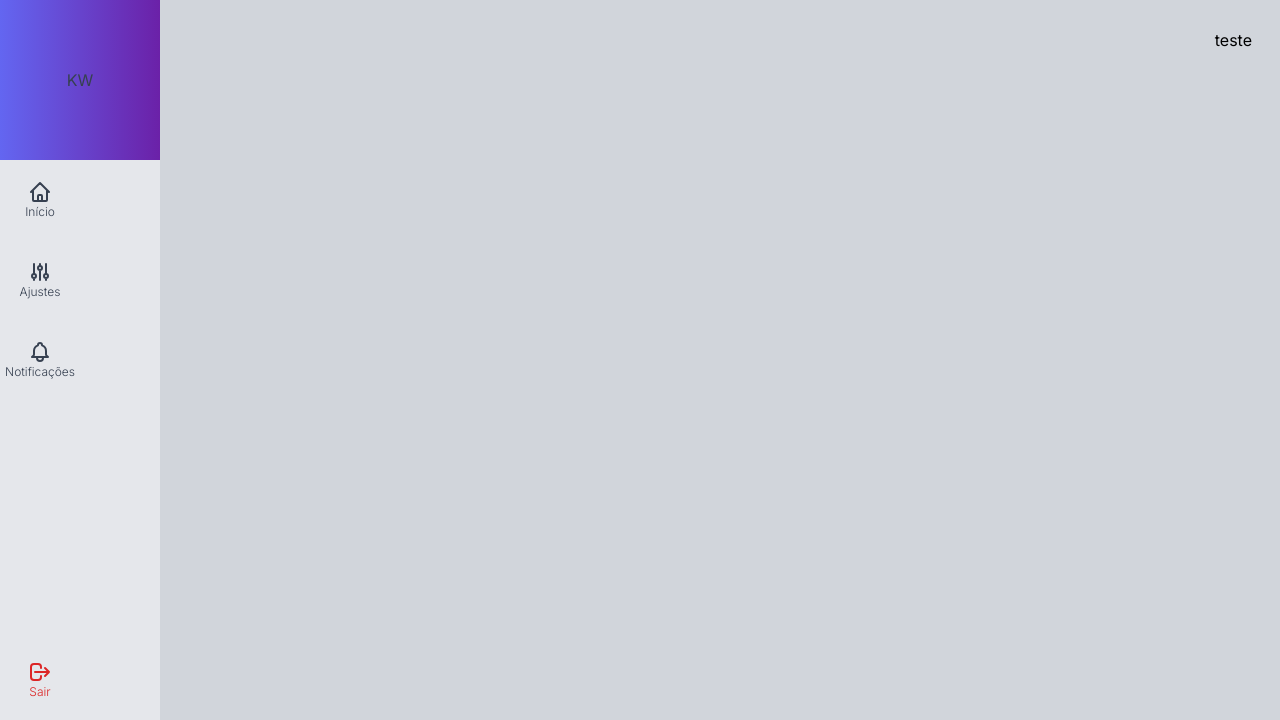
Repository: KennedyWanderson/AdminDashboard
Page: / (app in Code/admindashboard/)
An editor plug-in stored every save of this project. The page is shown before and after a run of saves, followed by the edit.
The browser window is 1280 px wide. The pictures show the whole page.
The project was rebuilt for these pictures with package versions that can differ from the ones it lists, and the page was loaded fresh each time. The framework's server and built-in components were replaced by stand-ins that run in the browser. Also part of the build but not shown: Code/admindashboard/next.config.mjs.

Above is the page before, as saved 2024-06-16 16:08:54.

### Code/admindashboard/src/app/layout.js
import { Inter } from "next/font/google";
import "./globals.css";

const inter = Inter({ subsets: ["latin"] });

export const metadata = {
  title: "Admin Dashboard",
  description: "Generated by Kennedy Wanderson",
};

export default function RootLayout({ children }) {
  return (
    <html lang="en">
      <body className={inter.className}>{children}</body>
    </html>
  );
}

### Code/admindashboard/src/app/page.js
import Layout from "@/components/Layout";

export default function Home() {
  return (
    <Layout>
      Content
    </Layout>
  )
}

### Code/admindashboard/src/components/Layout.jsx
import Header from "./Header";
import LateralMenu from "./LateralMenu";


export default function Layout() {

    return (

            <div className={` flex h-screen w-screen`}>
                <LateralMenu />
                <div className={`
                flex flex-col w-full p-7
                bg-gray-300 dark:bg-gray-800
            `}>
                <Header />

                </div>
            </div>
    )
}

### Code/admindashboard/src/components/Header.jsx

import { IconeAtencao } from './icons'



export default function Header({ titulo, subtitulo }) {


    return (
        <div className={`flex`}>
            <div>
                <h1 className={`
                font-black text-3xl
                text-gray-900 dark:text-gray-100
            `}>
                    {titulo}
                </h1>
                <h2 className={`
                font-light text-sm
                dark:text-gray-300
            `}>
                    {subtitulo}
                </h2>
            </div>
            <div className={`flex flex-grow justify-end items-center`}>
                teste
            </div>
        </div>
    )
}

### Code/admindashboard/src/components/LateralMenu.jsx
import MenuItem from "./ItemMenu";
import { IconeAjustes, IconeCasa, IconeSair, IconeSino } from "./icons"




export default function LateralMenu() {


    return (
        <aside className={`
            flex flex-col
            bg-gray-200 text-gray-700
            dark:bg-gray-900
        `}>
            <div className={`
                flex flex-col items-center justify-center
                bg-gradient-to-r from-indigo-500 to-purple-800
                h-40 w-40
            `}>
                KW
            </div>
            <ul className="flex-grow">
                <MenuItem url="/" texto="Início" icone={IconeCasa} />
                <MenuItem url="/ajustes" texto="Ajustes" icone={IconeAjustes} />
                <MenuItem url="/notificacoes" texto="Notificações" icone={IconeSino} />
            </ul>
            <ul>
                <MenuItem
                    texto="Sair" icone={IconeSair}
                    className={`
                        text-red-600 dark:text-red-400
                        hover:bg-red-400 hover:text-white
                        dark:hover:text-white
                    `}
                />
            </ul>
        </aside>
    )
}

### Code/admindashboard/src/components/icons/index.jsx
// Pra mais icones acessar... https://heroicons.com/

export const IconeCasa = (
    <svg xmlns="http://www.w3.org/2000/svg" className="h-6 w-6" fill="none" viewBox="0 0 24 24" stroke="currentColor">
        <path strokeLinecap="round" strokeLinejoin="round" strokeWidth={2} d="M3 12l2-2m0 0l7-7 7 7M5 10v10a1 1 0 001 1h3m10-11l2 2m-2-2v10a1 1 0 01-1 1h-3m-6 0a1 1 0 001-1v-4a1 1 0 011-1h2a1 1 0 011 1v4a1 1 0 001 1m-6 0h6" />
    </svg>
)

export const IconeAjustes = (
    <svg xmlns="http://www.w3.org/2000/svg" className="h-6 w-6" fill="none" viewBox="0 0 24 24" stroke="currentColor">
        <path strokeLinecap="round" strokeLinejoin="round" strokeWidth={2} d="M12 6V4m0 2a2 2 0 100 4m0-4a2 2 0 110 4m-6 8a2 2 0 100-4m0 4a2 2 0 110-4m0 4v2m0-6V4m6 6v10m6-2a2 2 0 100-4m0 4a2 2 0 110-4m0 4v2m0-6V4" />
    </svg>
)

export const IconeSino = (
    <svg xmlns="http://www.w3.org/2000/svg" className="h-6 w-6" fill="none" viewBox="0 0 24 24" stroke="currentColor">
        <path strokeLinecap="round" strokeLinejoin="round" strokeWidth={2} d="M15 17h5l-1.405-1.405A2.032 2.032 0 0118 14.158V11a6.002 6.002 0 00-4-5.659V5a2 2 0 10-4 0v.341C7.67 6.165 6 8.388 6 11v3.159c0 .538-.214 1.055-.595 1.436L4 17h5m6 0v1a3 3 0 11-6 0v-1m6 0H9" />
    </svg>
)

export const IconeSair = (
    <svg xmlns="http://www.w3.org/2000/svg" className="h-6 w-6" fill="none" viewBox="0 0 24 24" stroke="currentColor">
        <path strokeLinecap="round" strokeLinejoin="round" strokeWidth={2} d="M17 16l4-4m0 0l-4-4m4 4H7m6 4v1a3 3 0 01-3 3H6a3 3 0 01-3-3V7a3 3 0 013-3h4a3 3 0 013 3v1" />
    </svg>
)

export const IconeSol = (tamanho = 6) => (
    <svg xmlns="http://www.w3.org/2000/svg" className={`h-${tamanho} w-${tamanho}`} fill="none" viewBox="0 0 24 24" stroke="currentColor">
        <path strokeLinecap="round" strokeLinejoin="round" strokeWidth={2} d="M12 3v1m0 16v1m9-9h-1M4 12H3m15.364 6.364l-.707-.707M6.343 6.343l-.707-.707m12.728 0l-.707.707M6.343 17.657l-.707.707M16 12a4 4 0 11-8 0 4 4 0 018 0z" />
    </svg>
)

export const IconeLua = (tamanho = 6) => (
    <svg xmlns="http://www.w3.org/2000/svg" className={`h-${tamanho} w-${tamanho}`} fill="none" viewBox="0 0 24 24" stroke="currentColor">
        <path strokeLinecap="round" strokeLinejoin="round" strokeWidth={2} d="M20.354 15.354A9 9 0 018.646 3.646 9.003 9.003 0 0012 21a9.003 9.003 0 008.354-5.646z" />
    </svg>
)

export const IconeAtencao = (tamanho = 1) => (
    <svg xmlns="http://www.w3.org/2000/svg" className={`h-${tamanho} w-${tamanho}`} fill="none" viewBox="0 0 24 24" stroke="currentColor">
        <path strokeLinecap="round" strokeLinejoin="round" strokeWidth={2} d="M12 9v2m0 4h.01m-6.938 4h13.856c1.54 0 2.502-1.667 1.732-3L13.732 4c-.77-1.333-2.694-1.333-3.464 0L3.34 16c-.77 1.333.192 3 1.732 3z" />
    </svg>
)

### Code/admindashboard/src/components/ItemMenu.jsx

export default function MenuItem({ texto, icone, url, className, onClick }) {
    function renderizarLink() {
        return (
            <div className={`
                flex flex-col justify-center items-center
                h-20 w-20
                dark:text-gray-200
                ${className}
            `}>
                {icone}
                <span className="text-xs font-light">
                    {texto}
                </span>
            </div>
        );
    }

    return (
        <li
            onClick={onClick}
            className={`
                hover:bg-gray-100 dark:hover:bg-gray-800
                cursor-pointer
            `}
        >
            {url ? (
                <a href={url}>
                    {renderizarLink()}
                </a>
            ) : (
                renderizarLink()
            )}
        </li>
    );
}

Loaded but not shown: Code/admindashboard/src/app/globals.css (common file); Code/admindashboard/tailwind.config.js (common file)

After the next 2 saves:
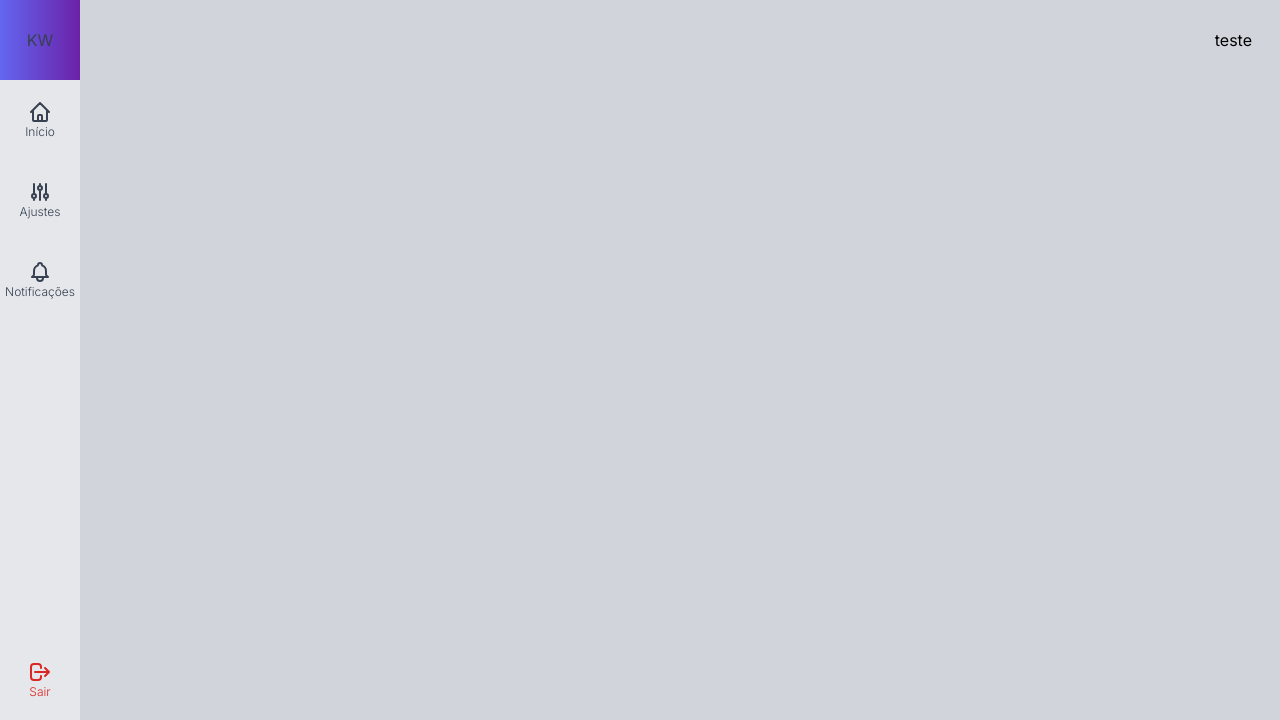
The 2 saves are shown as one change because they came seconds apart.
The last was saved 6 s later.
--- a/Code/admindashboard/src/components/LateralMenu.jsx
+++ b/Code/admindashboard/src/components/LateralMenu.jsx
@@ -16,7 +16,7 @@ export default function LateralMenu() {
             <div className={`
                 flex flex-col items-center justify-center
                 bg-gradient-to-r from-indigo-500 to-purple-800
-                h-40 w-40
+                h-20 w-20
             `}>
                 KW
             </div>
